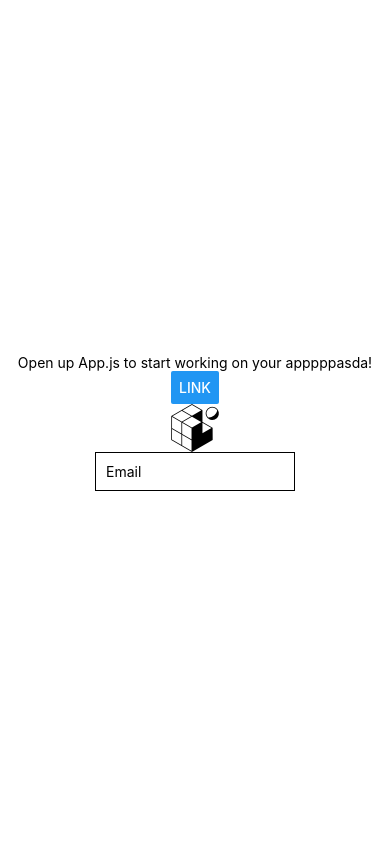
Repository: ntu34543/ReactNativeAndroid
Screen: /
The author's editor kept a copy of each file at every save. The screen is drawn from the files as they stood at one save, then again after a run of saves.
The app was drawn by React Native's web renderer in a window 390 px wide. The project was rebuilt for these pictures with package versions that can differ from the ones it lists, and the page was loaded fresh each time.

Above is the screen before, as saved 2022-09-23 16:22:28.

### App.js
import { StatusBar } from 'expo-status-bar';
import { StyleSheet, Text, View, Button, Image, TextInput } from 'react-native';

export default function App() {
  return (
    <View style={styles.container}>
      <Text>Open up App.js to start working on your apppppasda!</Text>
      <Button title='Link' />
      <Image source={require('./assets/favicon.png')} />
      <TextInput style={styles.TextInput} placeholder='Email' />
      <StatusBar style="auto" />
    </View>
  );
}

const styles = StyleSheet.create({
  container: {
    flex: 1,
    backgroundColor: '#fff',
    alignItems: 'center',
    justifyContent: 'center',
  },
  TextInput: {
    padding: 10,
    borderWidth: 1,
    borderColor: 'black',
    width: 200,
  },
});

After the next 2 saves:
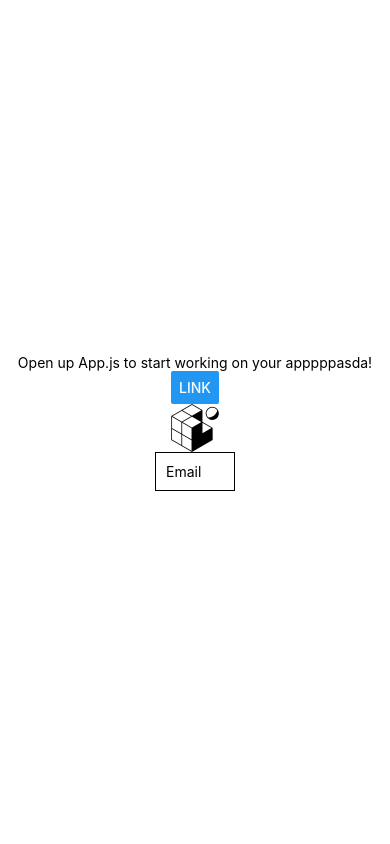
The 2 saves are shown as one change because 1 did not build or start.
The last was saved 19 s later.
--- a/App.js
+++ b/App.js
@@ -24,6 +24,6 @@ const styles = StyleSheet.create({
     padding: 10,
     borderWidth: 1,
     borderColor: 'black',
-    width: 200,
+    width: 80,
   },
 });
